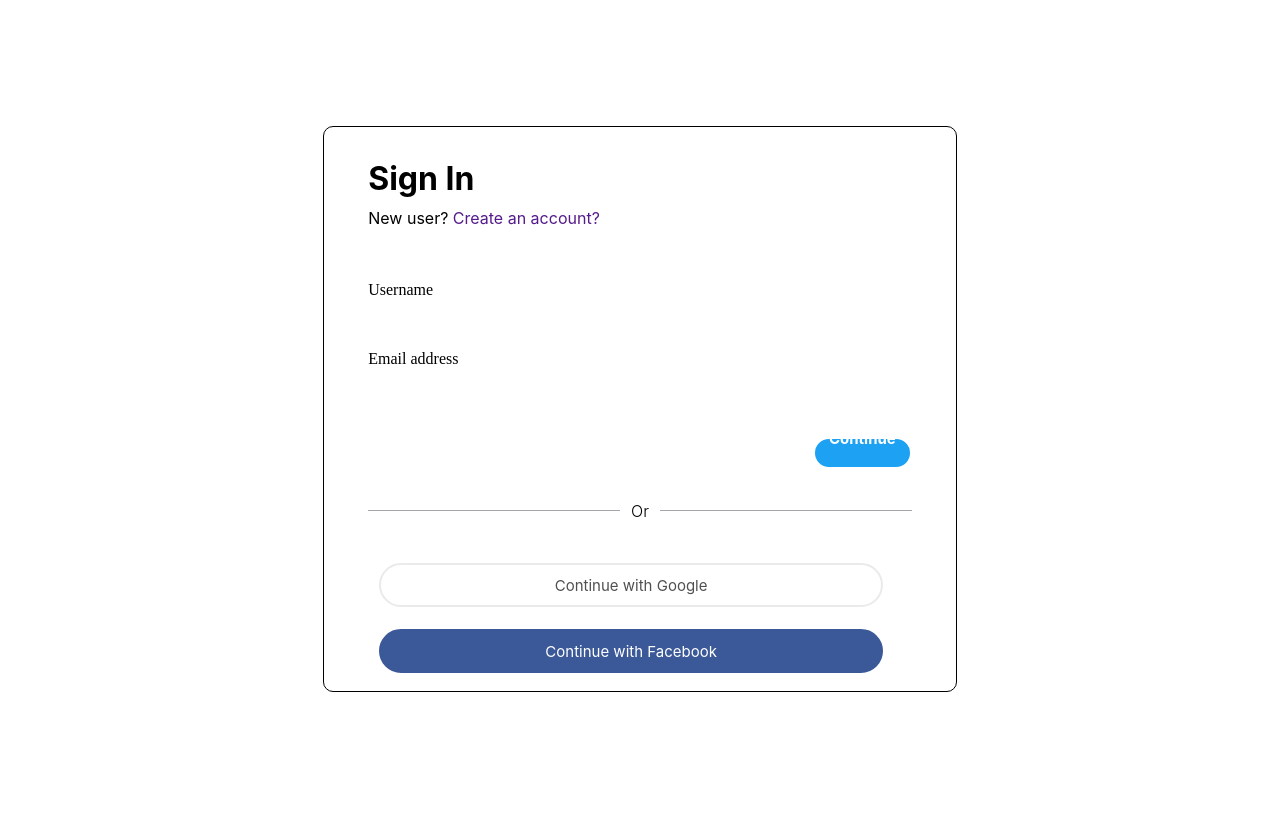
Repository: thangluu93/WereWolf
Page: Template/signIn.html
The author's editor kept a copy of each file at every save. The page is drawn from the files as they stood at one save, then again after the next save.
The browser window is 1280 px wide. The pictures show the whole page.

Above is the page before, as saved 2020-01-13 15:44:44.

After the next save:
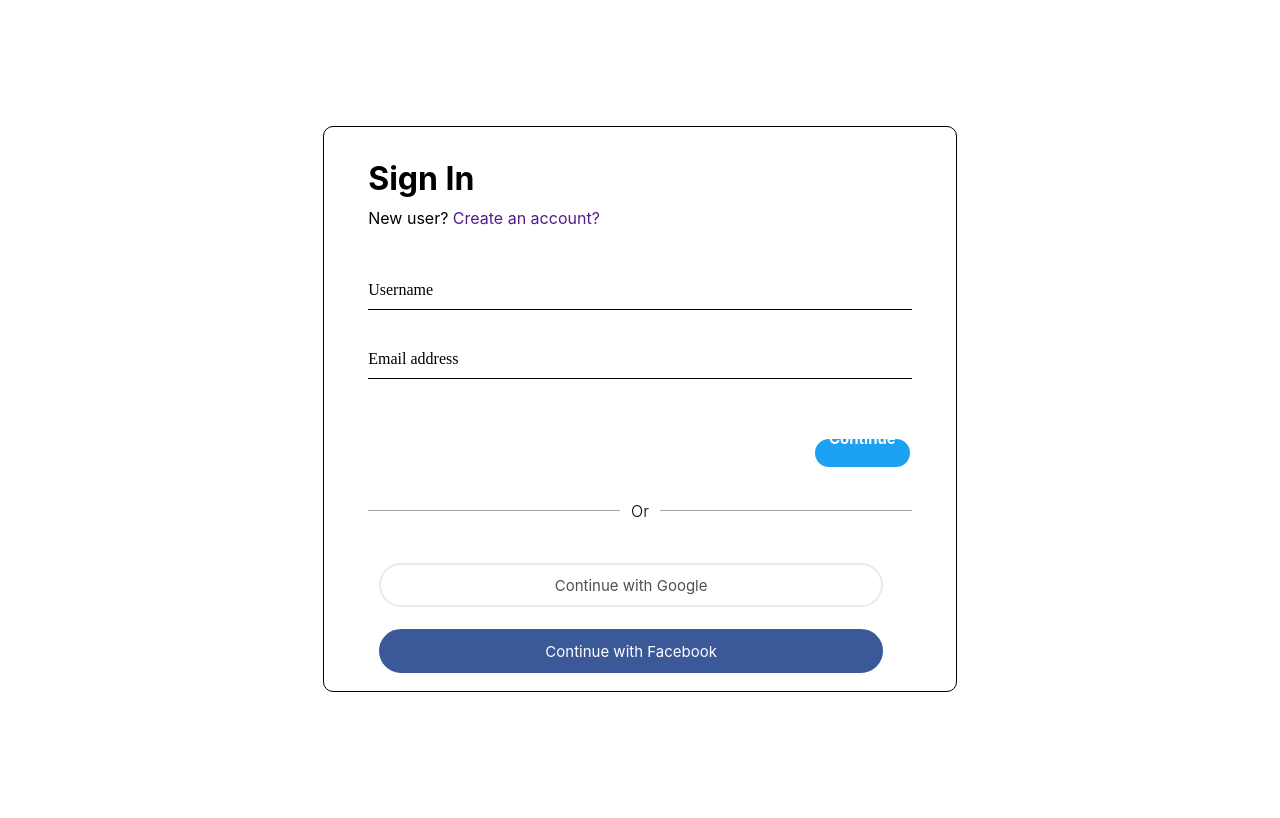
Saved 97 s later.
--- a/Stylesheet/signInStyle.css
+++ b/Stylesheet/signInStyle.css
@@ -183,10 +183,10 @@ a{
     width: 100%;
     padding: 10px 0;
     font-size: 16px;
-    color: #fff;
+    color: black;
     margin-bottom: 30px;
     border: none;
-    border-bottom: 1px solid #fff;
+    border-bottom: 1px solid black;
     outline: none;
     background: transparent;
 }
